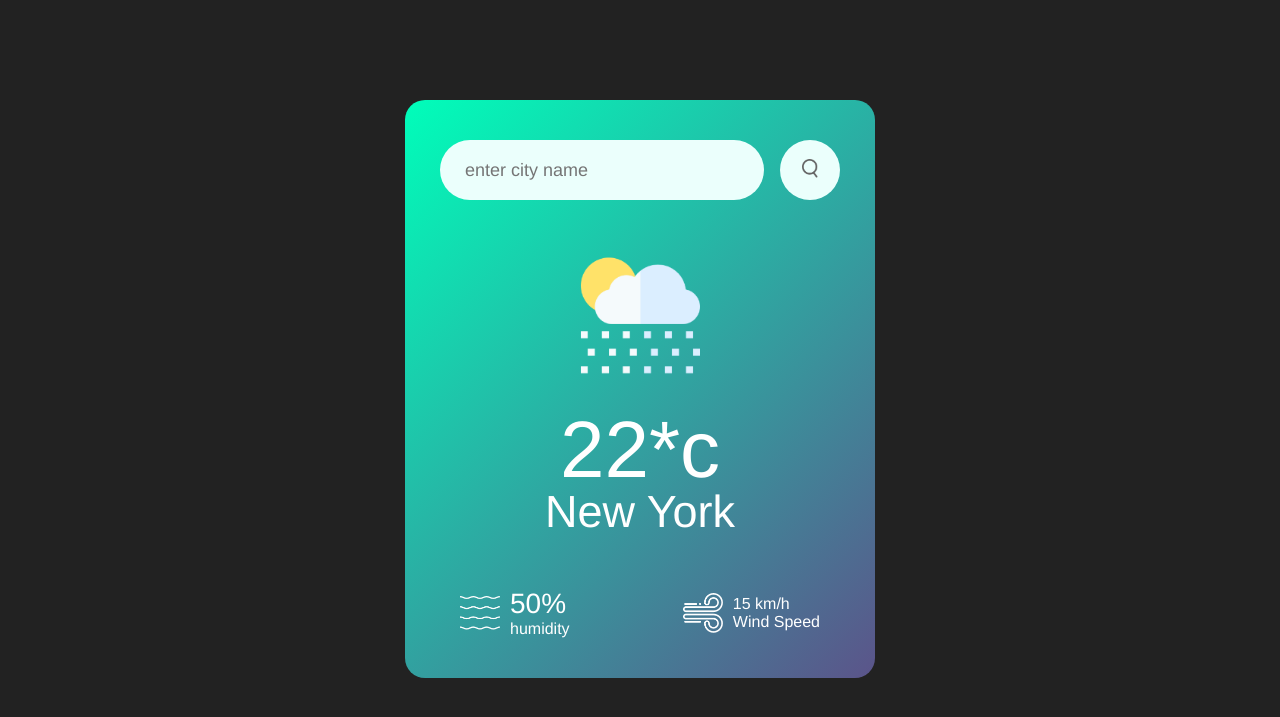
Repository: sodmaq/weatherApp
Page: index.html
An editor plug-in stored every save of this project. The page is shown before and after the next save, followed by the edit.
The browser window is 1280 px wide. The pictures show the whole page.

Above is the page before, as saved 2023-06-24 23:03:58.

After the next save:
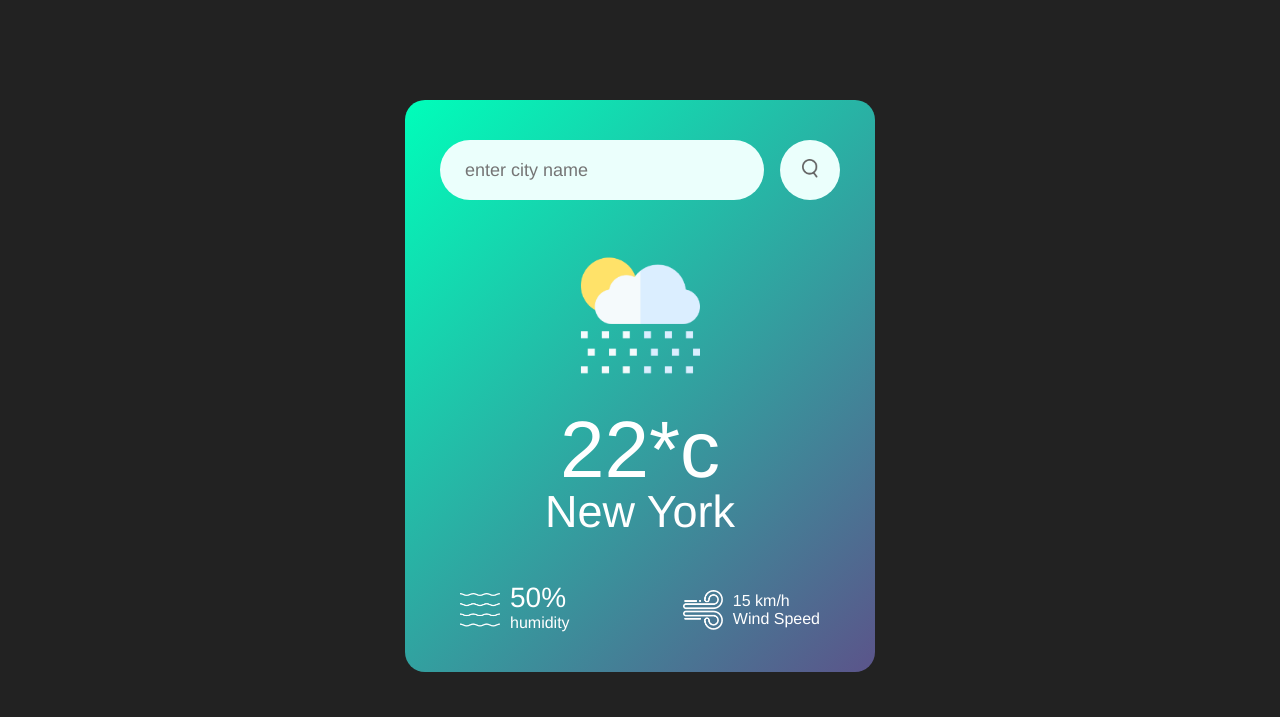
Saved 20 s later.
--- a/style.css
+++ b/style.css
@@ -92,5 +92,5 @@ body {
 .humidity,
 .wind {
   font-size: 28px;
-  margin-top: -6;
+  margin-top: -6px;
 }
